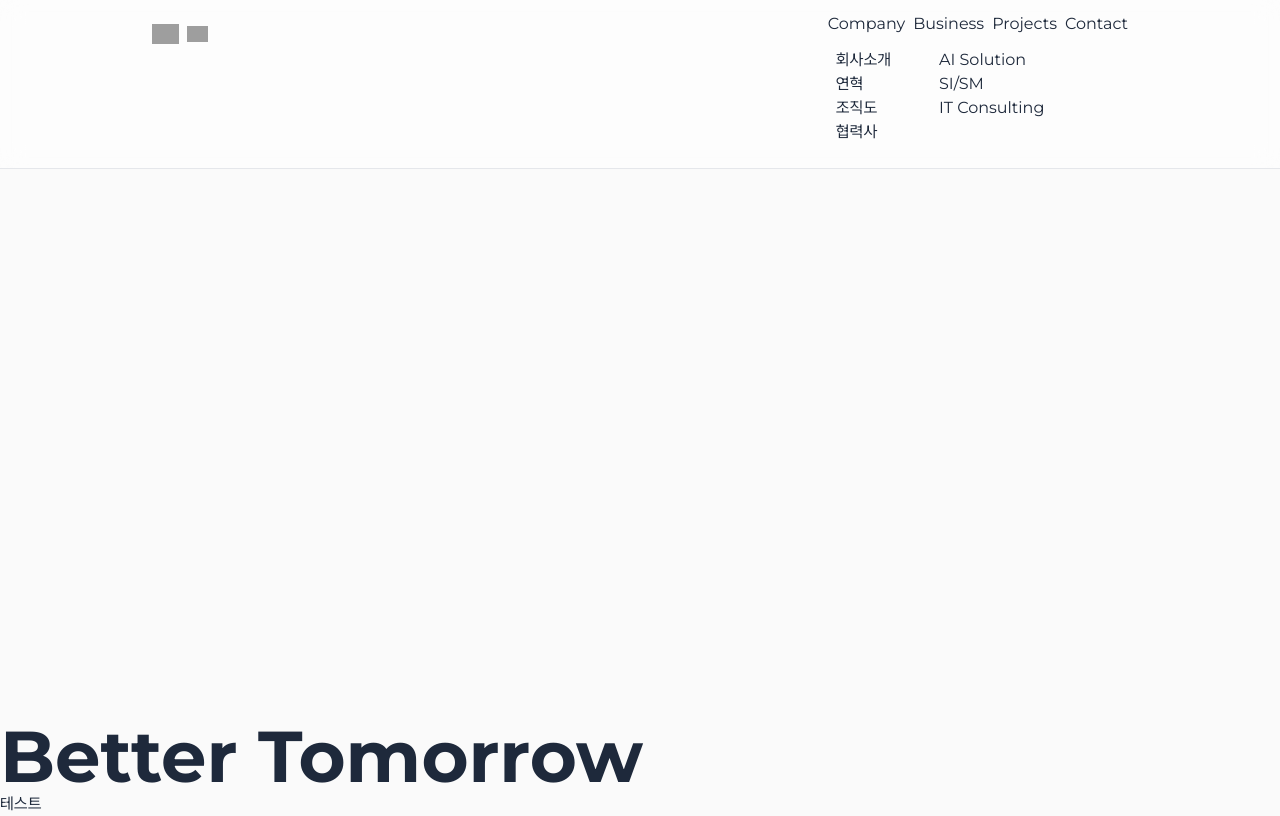
Repository: jadugamja/thedaol
Page: /
These files come from the project's save history. The page is drawn as it stood at one moment and after the next save; the edit follows.
The browser window is 1280 px wide. The pictures show the whole page.
Pictures or frames that could not be fetched are drawn as grey boxes. The project was rebuilt for these pictures with package versions that can differ from the ones it lists, and the page was loaded fresh each time. The framework's server and built-in components were replaced by stand-ins that run in the browser. Also part of the build but not shown: next.config.ts.

Above is the page before, as saved 2026-01-11 18:01:22.

After the next save:
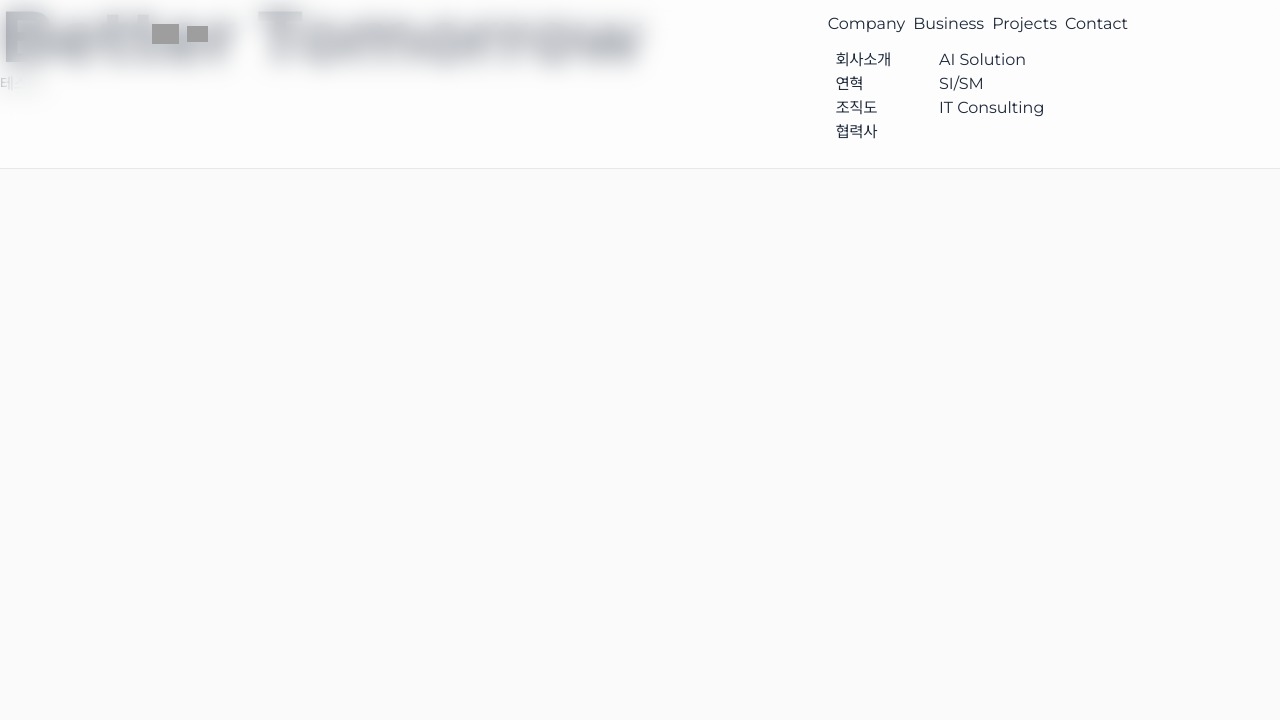
Saved 8 s later.
--- a/app/layout.tsx
+++ b/app/layout.tsx
@@ -34,8 +34,8 @@
       >
         <div className="relative min-h-screen flex flex-col">
           <Header />
+          <main>{children}</main>
         </div>
-        {children}
       </body>
     </html>
   );
